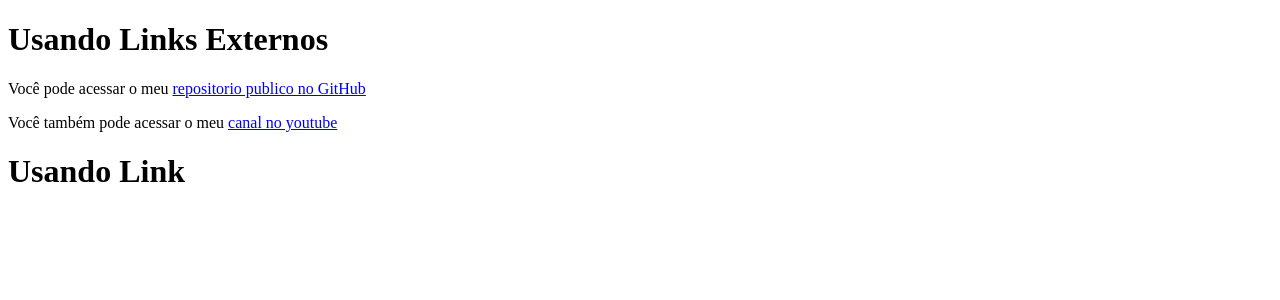
Repository: Guillermomarcon/exercicios
Page: ex0010/index.html
An editor plug-in stored every save of this project. The page is shown before and after the next save, followed by the edit.
The browser window is 1280 px wide. The pictures show the whole page.

Above is the page before, as saved 2020-12-14 00:03:11.

After the next save:
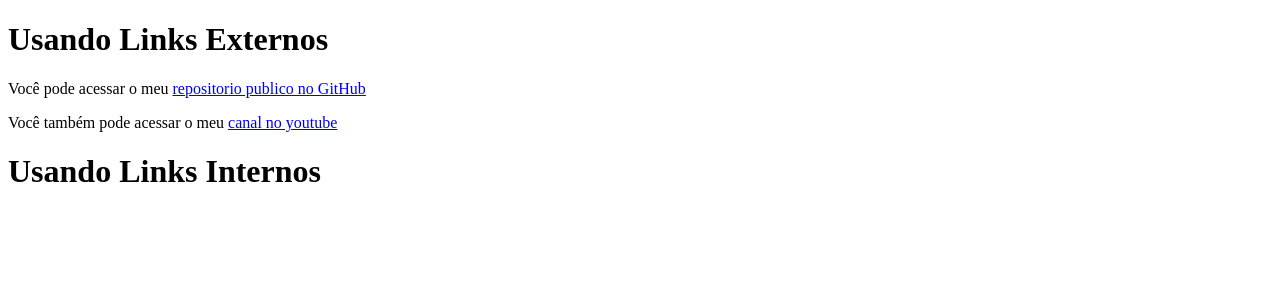
Saved 4 s later.
--- a/ex0010/index.html
+++ b/ex0010/index.html
@@ -9,7 +9,7 @@
     <h1>Usando Links Externos</h1>
     <p>Você pode acessar o meu <a href="https://gustavoguanabara.github.io/" target="_blank" rel="external">repositorio publico no GitHub</a></p>
     <p>Você também pode acessar o meu <a href="https://www.youtube.com/cursoemvideo" target="_blank" rel="external">canal no youtube</a></p>
-    <h1>Usando Link</h1>
+    <h1>Usando Links Internos</h1>
 
 </body>
 </html>
